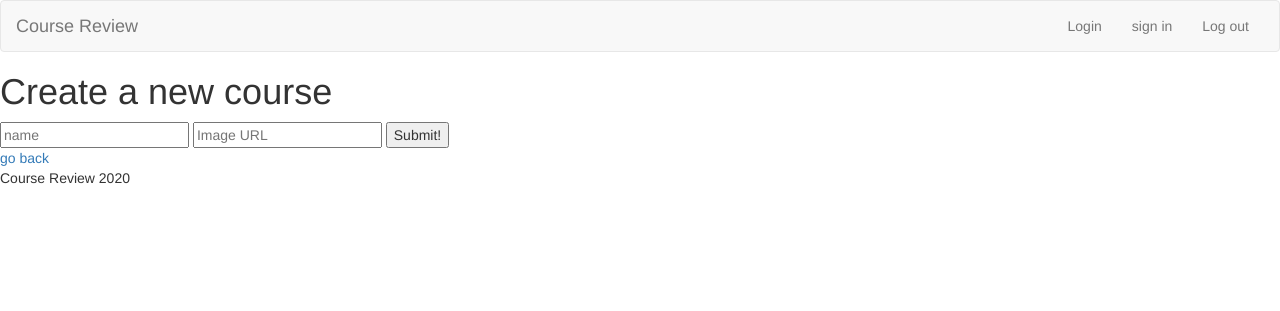
Repository: codewangg/CourseReview
Page: http://localhost/courses/new
The author's editor kept a copy of each file at every save. The page is drawn from the files as they stood at one save, then again after the next save.
The browser window is 1280 px wide. The pictures show the whole page.
The page is served by the project's Node server (app.js).

Above is the page before, as saved 2020-08-15 18:41:26.

### views/new.ejs
<%- include('partials/header')%>
<h1>Create a new course</h1>
<form action="/courses" method="POST">
    <input type="text" name="name" placeholder="name">
    <input type="text" name="image" placeholder="Image URL">
    <button>Submit!</button>
</form>

<a href="/courses">go back</a>

<%- include('partials/footer')%>

### views/partials/header.ejs
<!DOCTYPE html>
<html>
    <head>
        <title>CourseReview</title>
        <link rel="stylesheet" href="https://stackpath.bootstrapcdn.com/bootstrap/3.4.1/css/bootstrap.min.css" integrity="sha384-HSMxcRTRxnN+Bdg0JdbxYKrThecOKuH5zCYotlSAcp1+c8xmyTe9GYg1l9a69psu" crossorigin="anonymous">
    </head>
    <body>
    <nav class="navbar navbar-default">
        <div class="container-fluid">
            <div class="navbar-header">
                <a class="navbar-brand" href="/">Course Review</a>
            </div>
            <div class="collapse navbar-collapse">
                <ul class="nav navbar-nav navbar-right">
                    <li><a href="/">Login</a></li>
                    <li><a href="/">sign in</a></li>
                    <li><a href="/">Log out</a></li>
                </ul>

            </div>
        </div>
    </nav>

### views/partials/footer.ejs
    <p>Course Review 2020</p>
    </body>
</html>

### app.js
const express = require("express");
const app = express();
const bodyParser = require("body-parser");

app.use(bodyParser.urlencoded({extended: true}));
app.set('view engine', "ejs");

app.get("/", (req, res) => {
    res.render("landing");
});

    var courses = [
        {name: "mlp", image:"https://images.pexels.com/photos/1108099/pexels-photo-1108099.jpeg?auto=compress&cs=tinysrgb&dpr=1&w=500"},
        {name: "mlp", image:"https://encrypted-tbn0.gstatic.com/images?q=tbn%3AANd9GcT-NC1h3PdhKKSTUu0S-Y6QtGSz1PWCNL4MXA&usqp=CAU"},
        {name: "mlp", image:"https://encrypted-tbn0.gstatic.com/images?q=tbn%3AANd9GcT-NC1h3PdhKKSTUu0S-Y6QtGSz1PWCNL4MXA&usqp=CAU"},
        {name: "mlp", image:"https://encrypted-tbn0.gstatic.com/images?q=tbn%3AANd9GcT-NC1h3PdhKKSTUu0S-Y6QtGSz1PWCNL4MXA&usqp=CAU"},
        {name: "mlp", image:"https://encrypted-tbn0.gstatic.com/images?q=tbn%3AANd9GcT-NC1h3PdhKKSTUu0S-Y6QtGSz1PWCNL4MXA&usqp=CAU"},
        {name: "mlpr", image:"https://encrypted-tbn0.gstatic.com/images?q=tbn%3AANd9GcSGI0qdCZ_bsxabXEma4kZT2N8-lln603NiPA&usqp=CAU"}
    ]

app.get("/courses", (req, res)=>{


    res.render("courses",{courses:courses});
});

app.post("/courses", (req, res)=>{
    var name = req.body.name;
    var image = req.body.image;
    var newcourse = {name: name, image: image}
    courses.push(newcourse);
    res.redirect("/courses");
});

app.get("/courses/new", (req, res)=>{
    res.render("new.ejs");
});

//process.env.PORT process.env.IP
app.listen(3000, 'localhost', function(){
    console.log("server has started!");
    //console.log(process.env.PORT);
});

After the next save:
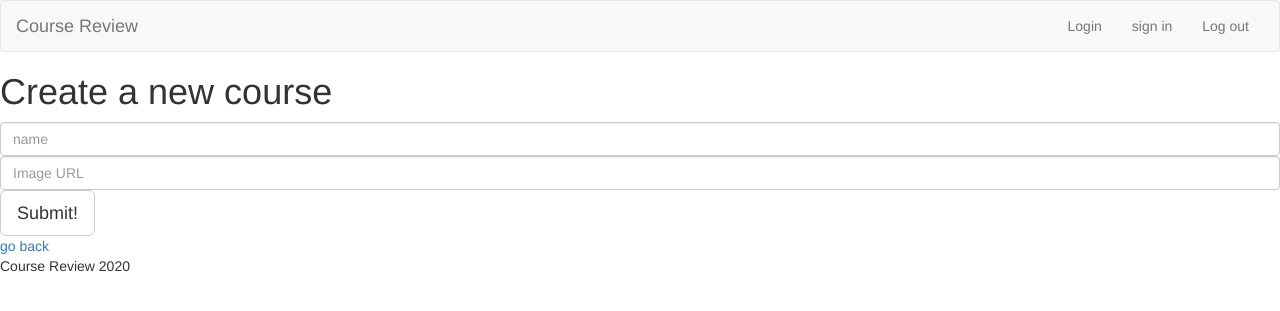
Saved 96 s later.
--- a/views/new.ejs
+++ b/views/new.ejs
@@ -1,9 +1,9 @@
 <%- include('partials/header')%>
 <h1>Create a new course</h1>
 <form action="/courses" method="POST">
-    <input type="text" name="name" placeholder="name">
-    <input type="text" name="image" placeholder="Image URL">
-    <button>Submit!</button>
+    <input class="form-control" type="text" name="name" placeholder="name">
+    <input class="form-control" type="text" name="image" placeholder="Image URL">
+    <button class="btn btn-lg btn-default">Submit!</button>
 </form>
 
 <a href="/courses">go back</a>
